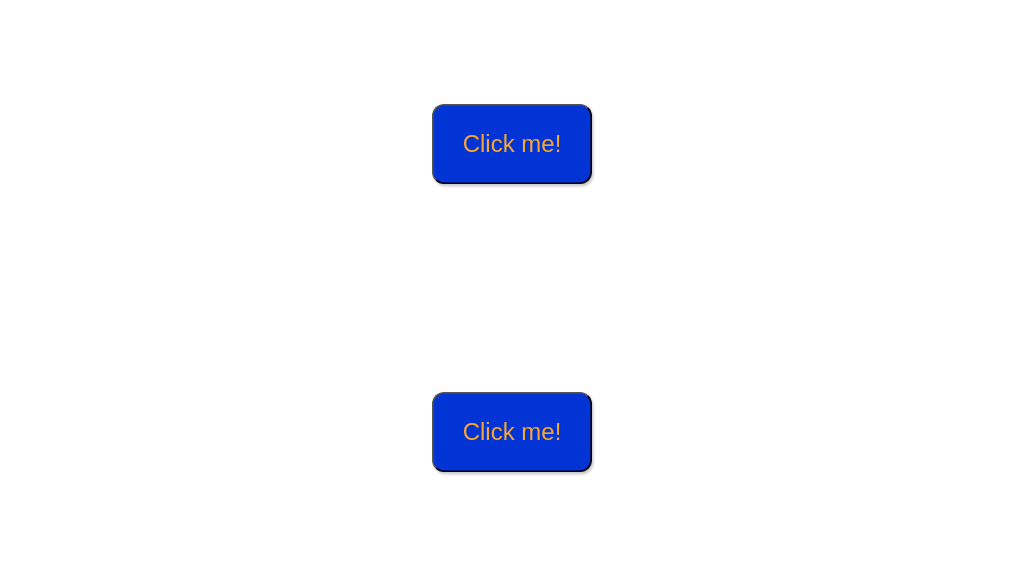
Repository: KrzysKolo/sr_tydzien4_zad5
Page: /
These files come from the project's save history. The page is drawn as it stood at one moment and after the next save; the edit follows.
The browser window is 1280 px wide. The pictures show the whole page, at 80% of full size.
The project was rebuilt for these pictures with package versions that can differ from the ones it lists, and the page was loaded fresh each time.

Above is the page before, as saved 2020-12-17 15:52:01.

After the next save:
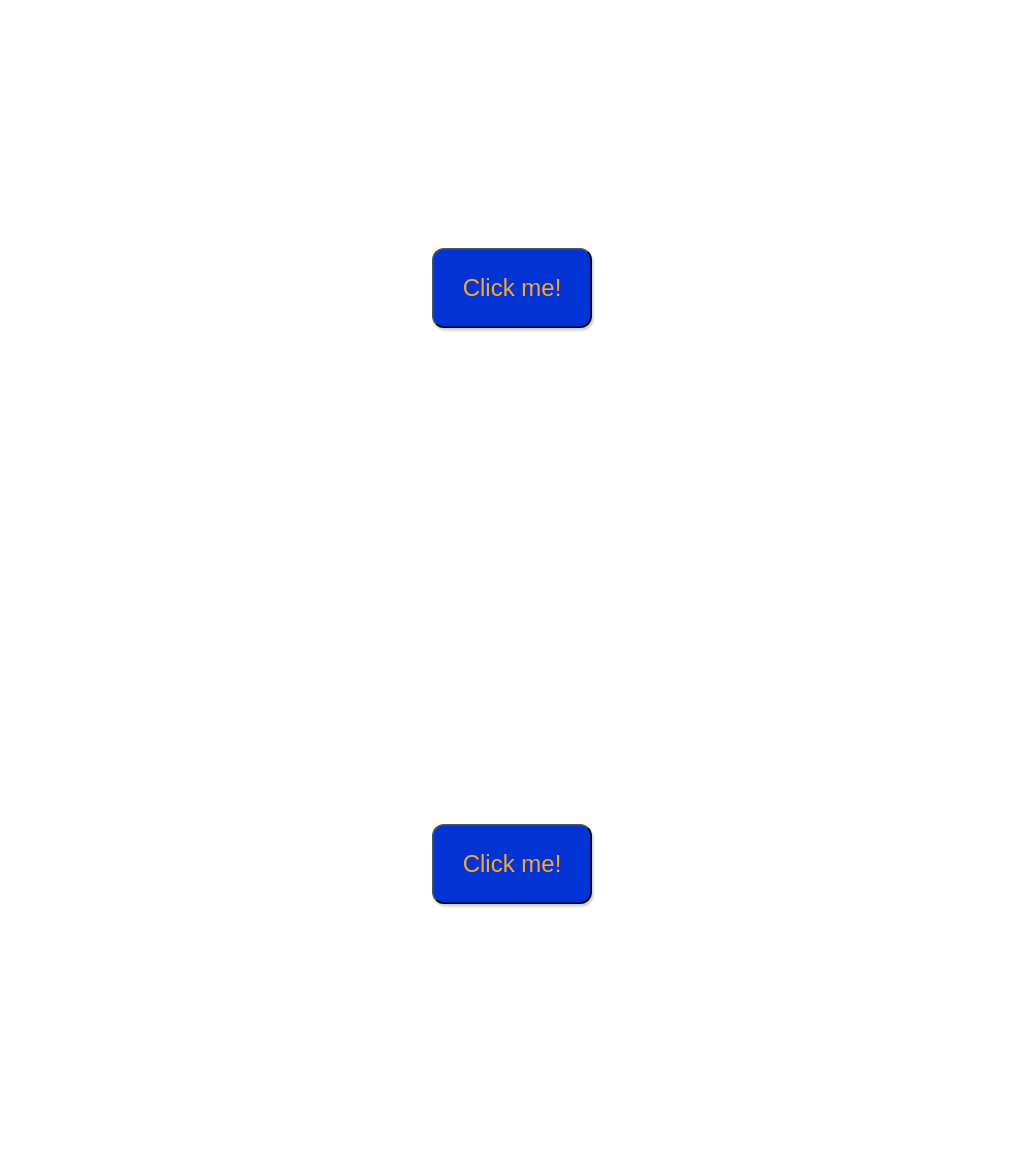
Saved 29 s later.
--- a/src/App.js
+++ b/src/App.js
@@ -20,7 +20,7 @@
     }
   render() {
     return (
-      <div className="App">
+      <div >
         <MyButtonChange ref={this.MyMyButtonChangeRef} title="Click me!" />
         <MyButton ref={this.MyButtonRef} title="Click me!" onMouseOver={this.handleMouseOver} onMouseOut={this.handleMouseOut} />
       </div>

After the save that followed:
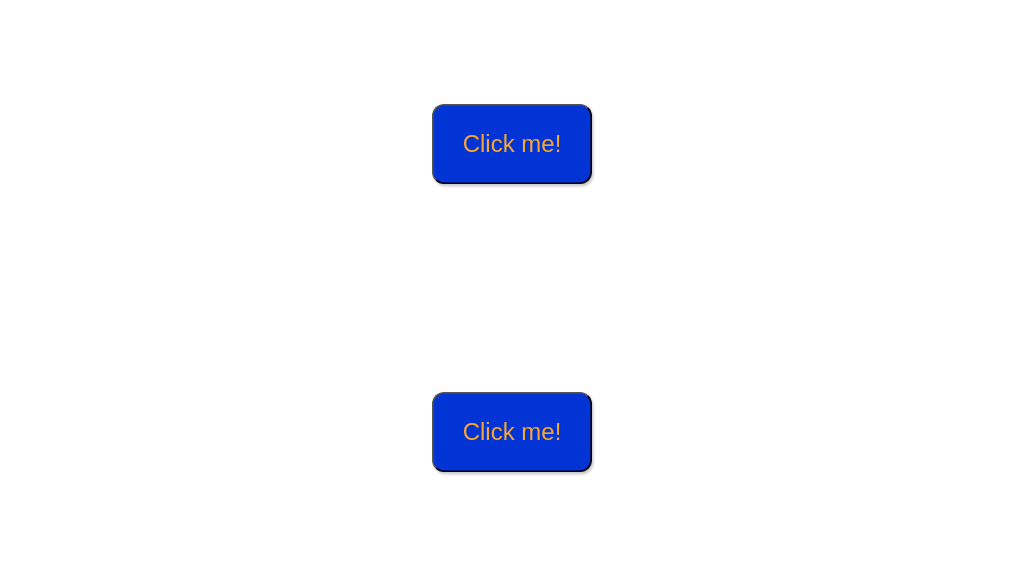
Saved 13 s later.
--- a/src/App.js
+++ b/src/App.js
@@ -20,7 +20,7 @@
     }
   render() {
     return (
-      <div >
+      <div className="App">
         <MyButtonChange ref={this.MyMyButtonChangeRef} title="Click me!" />
         <MyButton ref={this.MyButtonRef} title="Click me!" onMouseOver={this.handleMouseOver} onMouseOut={this.handleMouseOut} />
       </div>
